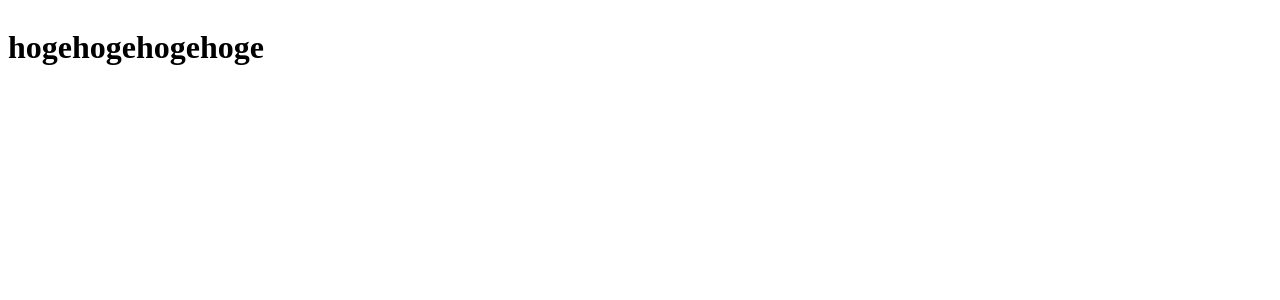
Repository: kazyakuma/Samurai_JS
Page: hoge.html
The author's editor kept a record of every edit. The page is drawn from the files as they stood at one moment, then again after the next edit.
The browser window is 1280 px wide. The pictures show the whole page.

Above is the page before.

After the next edit:
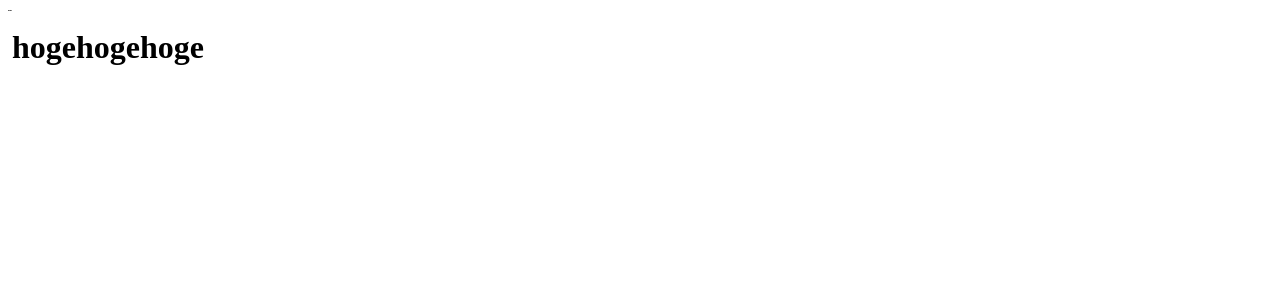
The edit:
--- a/hoge.html
+++ b/hoge.html
@@ -6,7 +6,7 @@
             display: flex;
             align-items: flex-start;
         }
-        h1:first-chiled{
+        .hoge{
             font-size: 2px;
         }
     </style>
